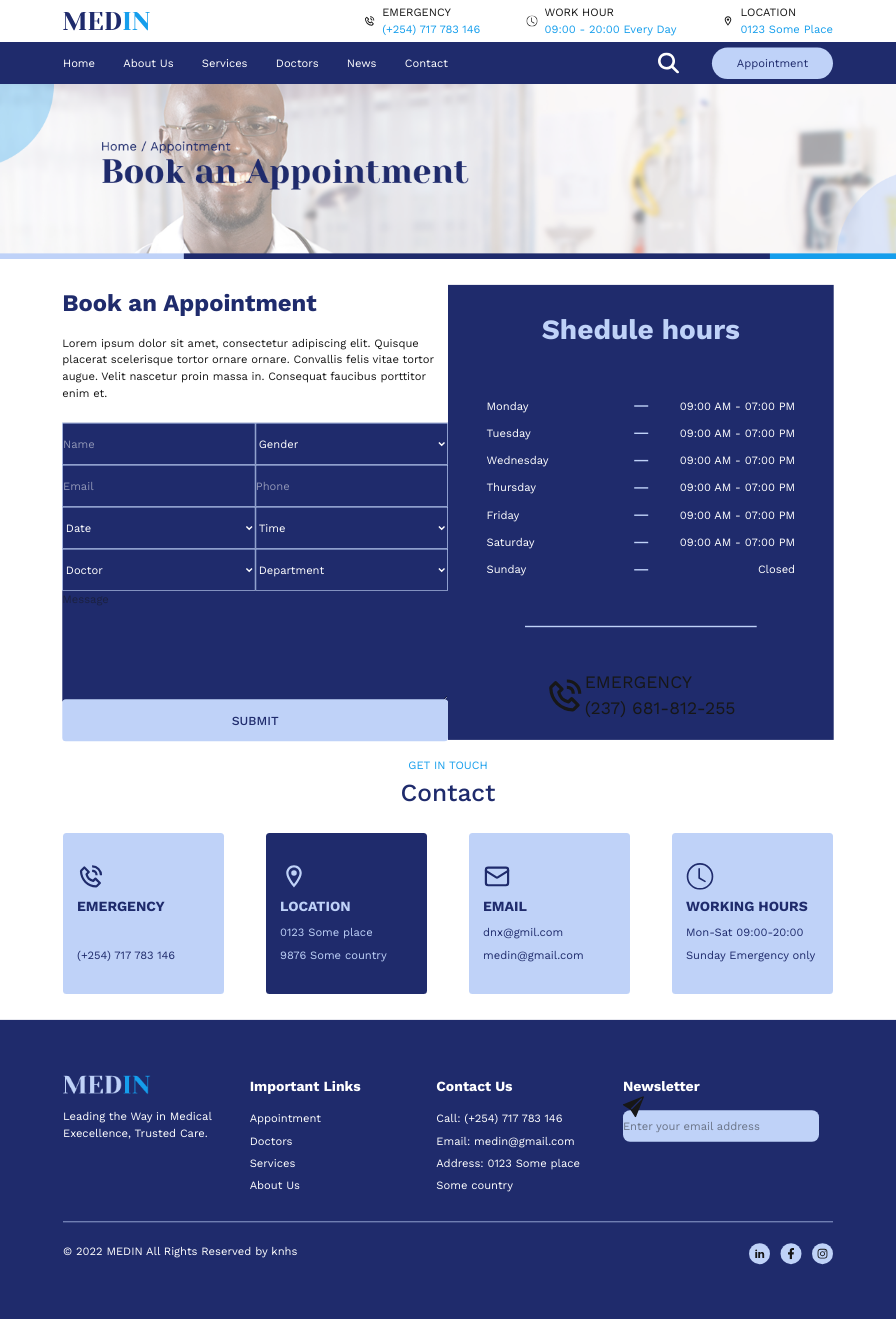
Repository: SynHK3/Poc_Hospital
Page: /appointment (app in fe_hospital/)
These files come from the project's save history. The page is drawn as it stood at one moment and after the next save; the edit follows.
The browser window is 1280 px wide. The pictures show the whole page, at 70% of full size.
The project was rebuilt for these pictures with package versions that can differ from the ones it lists, and the page was loaded fresh each time. The framework's server and built-in components were replaced by stand-ins that run in the browser. Also part of the build but not shown: fe_hospital/next.config.ts.

Above is the page before, as saved 2025-09-02 22:55:37.

After the next save:
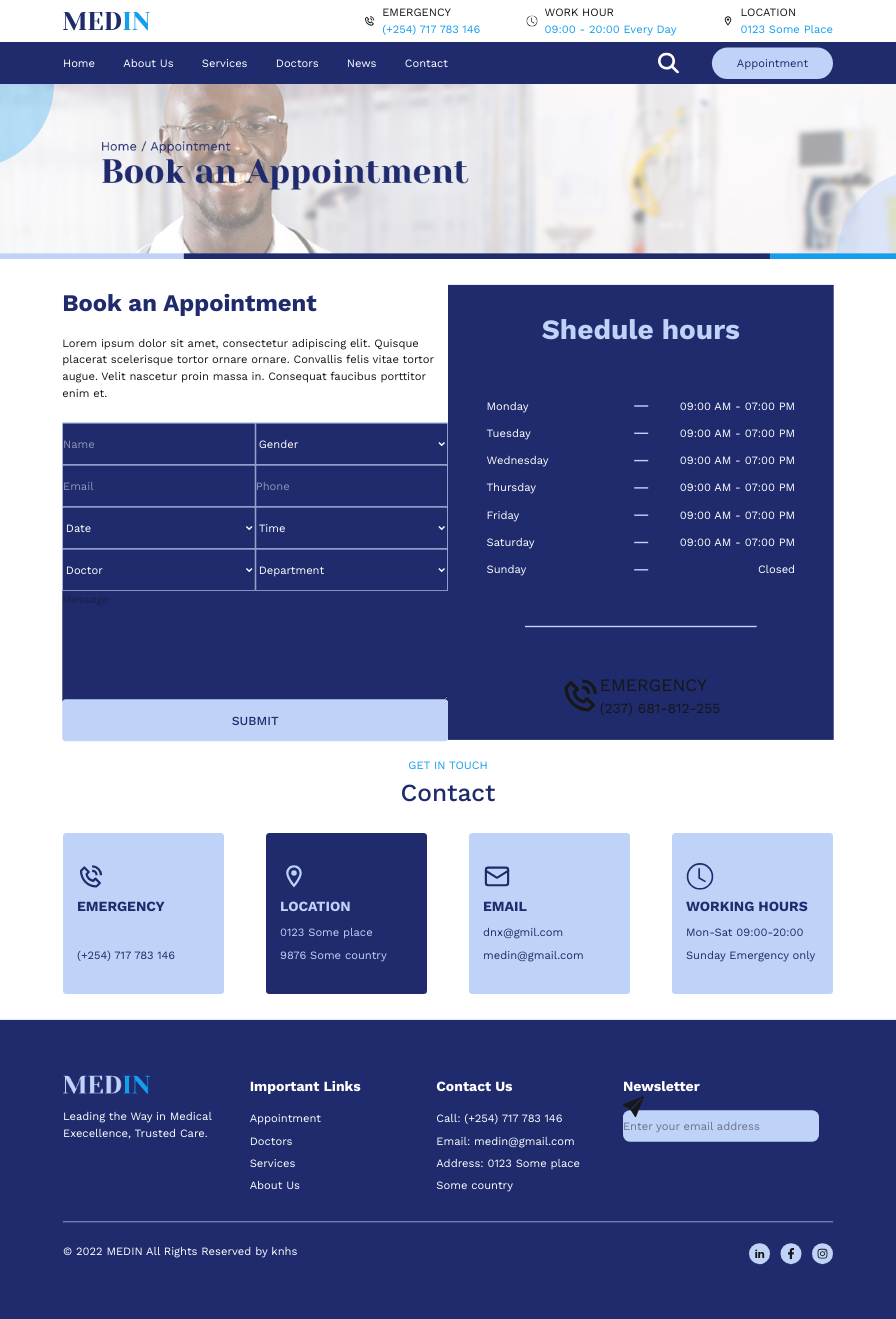
Saved 5 s later.
--- a/fe_hospital/src/app/appointment/appointment.css
+++ b/fe_hospital/src/app/appointment/appointment.css
@@ -164,7 +164,7 @@
 }
 
 .shedule__info--contact--desc > h5 {
-  font-size: 25px;
+  font-size: 20px;
 }
 
 /* End Shedule Appointment */
